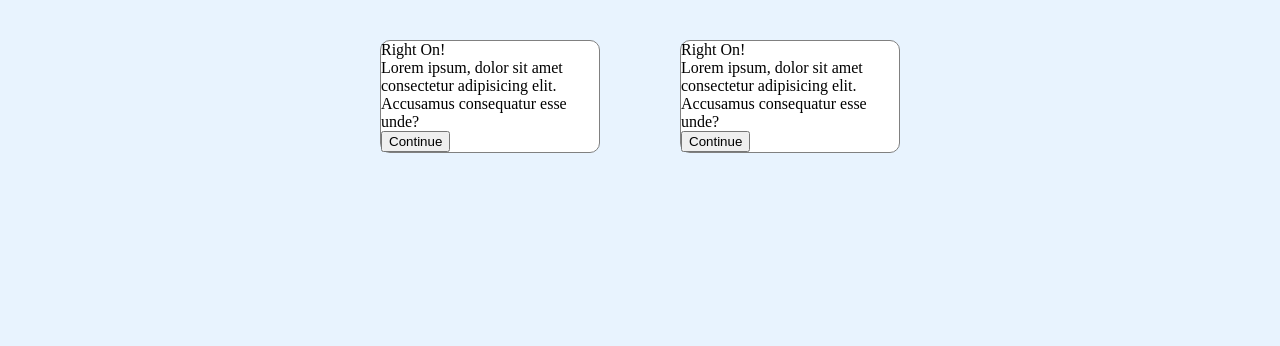
Repository: giahuy405/flash_message_BEM
Page: index.html
The author's editor kept a copy of each file at every save. The page is drawn from the files as they stood at one save, then again after the next save.
The browser window is 1280 px wide. The pictures show the whole page.

Above is the page before, as saved 2022-09-06 02:27:44.

### index.html
<!DOCTYPE html>
<html lang="en">
<head>
    <meta charset="UTF-8">
    <meta http-equiv="X-UA-Compatible" content="IE=edge">
    <meta name="viewport" content="width=device-width, initial-scale=1.0">
    <title>Document</title>
    <link rel="stylesheet" href="css/index.css">
</head>
<body>
        <!--
        code về phần flash message và áp dụng BEM Block Element Modifier
        Ví dụ :
        Laptop là Block ( 1 khối lớn )

        Thì các Element ( thành phần ) sẽ là : keyboard, mouse, screen, touch-pad
        Block Element : Laptop__keyboard, Laptop__mouse....

        Modifer ( biến thể khác ) sẽ là : loại của chúng như to, nhỏ, hãng,...
        Block Modifier : Laptop--big, Laptop--small,
        Block Element Modifier : Laptop__keyboard--apple , Laptop__touch-pad--smooth,...
    -->
        <!-- Block: flash message
        Element: img, title, desc (description), button
        Modifier: primary, secondary

        Block 1 & block 2
        flash-message
        flash-message__img, flash-message__title, flash-message__desc, flash-message__button

        Block 1: flash-message__title--primary -->


        <div class="container">
            <div class="flash-message__padding">
                <div class="flash-message">
                    <div class="flash-message__img">

                    </div>
                    <div class="flash-message__title">
                        Right On!
                    </div>
                    <div class="flash-message__desc">
                        Lorem ipsum, dolor sit amet consectetur adipisicing elit. Accusamus consequatur esse unde?
                    </div>
                    <button class="flash-message__button">Continue</button>
                </div>
            </div>
            <div class="flash-message__padding">

                    <div class="flash-message">
                        <div class="flash-message__img">

                        </div>
                        <div class="flash-message__title">
                            Right On!
                        </div>
                        <div class="flash-message__desc">
                            Lorem ipsum, dolor sit amet consectetur adipisicing elit. Accusamus consequatur esse unde?
                        </div>
                        <button class="flash-message__button">Continue</button>
                    </div>

            </div>
             <div class="clear"></div>
        </div>

</body>
</html>

### css/index.css
*{
    box-sizing: border-box;
}
body{
    padding: 0;
    margin: 0;
    background-color: #e8f3fe;
}
.clear{
    clear: both;
}
.container{
    width: 600px;
    height: auto;
    margin: 0 auto;
}
 .flash-message__padding{
    float: left;
    width: 50%;

    padding: 40px;
}
.flash-message{
    border: 1px solid gray;
    background-color: white;
    border-radius: 10px;

}

After the next save:
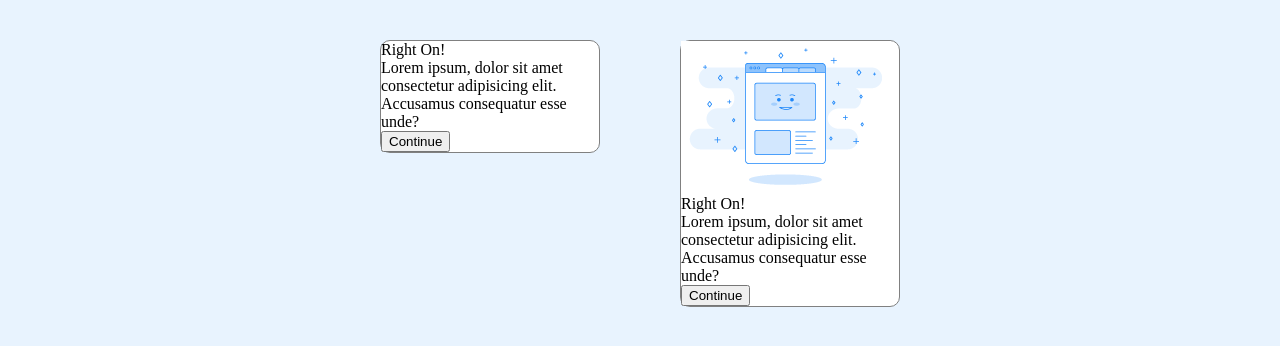
Saved 16 s later.
--- a/index.html
+++ b/index.html
@@ -50,7 +50,7 @@
 
                     <div class="flash-message">
                         <div class="flash-message__img">
-
+                            <img src="./ui_ux_blue.jpg" alt="">
                         </div>
                         <div class="flash-message__title">
                             Right On!
